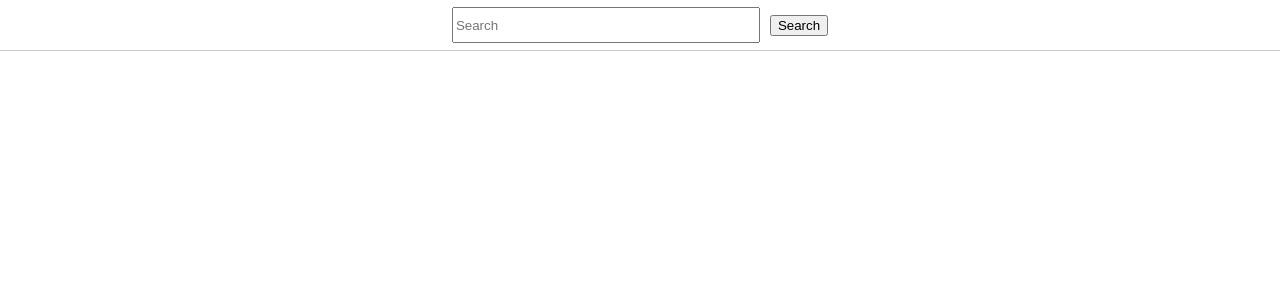
Repository: sevilgenysf/fakeapi
Page: /
The author's editor kept a copy of each file at every save. The page is drawn from the files as they stood at one save, then again after the next save.
The browser window is 1280 px wide. The pictures show the whole page.
The page's requests for data from a server got no answer. The project was rebuilt for these pictures with package versions that can differ from the ones it lists, and the page was loaded fresh each time. No one was signed in, and anything a server would have sent is missing.

Above is the page before, as saved 2022-02-01 20:51:46.

### src/App.js
import React, { useState, useEffect } from 'react';
import styled from 'styled-components';

function App() {
	const [items, setItems] = useState([]);
	useEffect(async () => {
		const data = await fetch('https://fakestoreapi.com/products');
		const result = await data.json();
		console.log(result);
	}, []);
	return (
		<div className="App">
			<Header>
				<input type="text" placeholder="Search" />
				<button>Search</button>
			</Header>
		</div>
	);
}

export default App;

const Header = styled.header`
	display: flex;
	min-height: 50px;
	align-items: center;
	justify-content: center;
	border-bottom: 1px solid #ccc;
	font-size: 1.5rem;

	input {
		width: 300px;
		height: 30px;
		margin-right: 10px;
`;

Loaded but not shown: public/index.html (common file); src/index.js (common file); src/index.css (common file); src/reportWebVitals.js (common file)

After the next save:
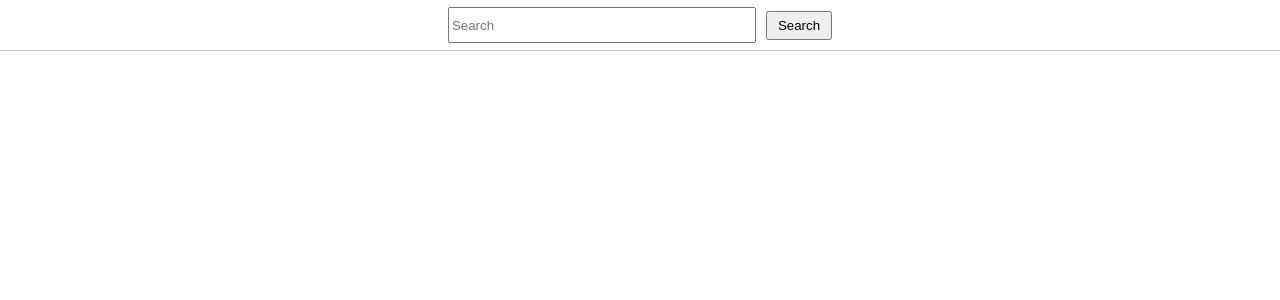
Saved 24 s later.
--- a/src/App.js
+++ b/src/App.js
@@ -32,4 +32,9 @@ const Header = styled.header`
 		width: 300px;
 		height: 30px;
 		margin-right: 10px;
+		outline: none;
+	}
+
+	button {
+		padding: 5px 10px;
 `;
